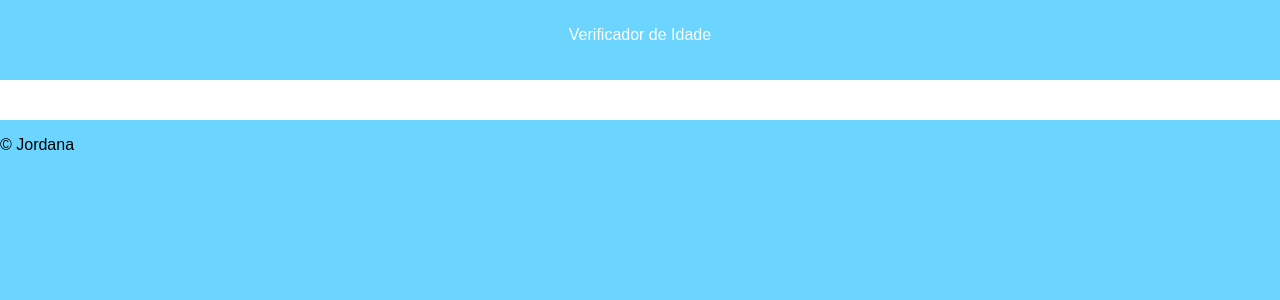
Repository: Iamjordana/Curso-JavaScript
Page: desafio/d02/inde.html
The author's editor kept a copy of each file at every save. The page is drawn from the files as they stood at one save, then again after a run of saves.
The browser window is 1280 px wide. The pictures show the whole page.

Above is the page before, as saved 2025-02-20 12:03:20.

After the next 8 saves:
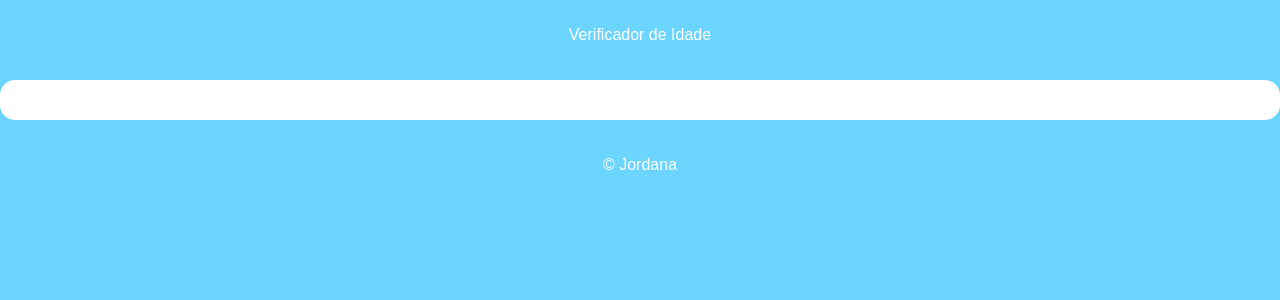
The 8 saves are shown as one change because they came seconds apart.
The last was saved 22 s later.
--- a/desafio/d02/style.css
+++ b/desafio/d02/style.css
@@ -23,5 +23,12 @@ section {
   background-color: white;
   padding: 20px;
   margin: 10px 0;
-  border-radius: ;
+  border-radius: 15px;
 }
+
+footer {
+  color: #ffffff;
+  text-align: center;
+  padding: 10px 0;
+  border-radius: 15px;
+}
